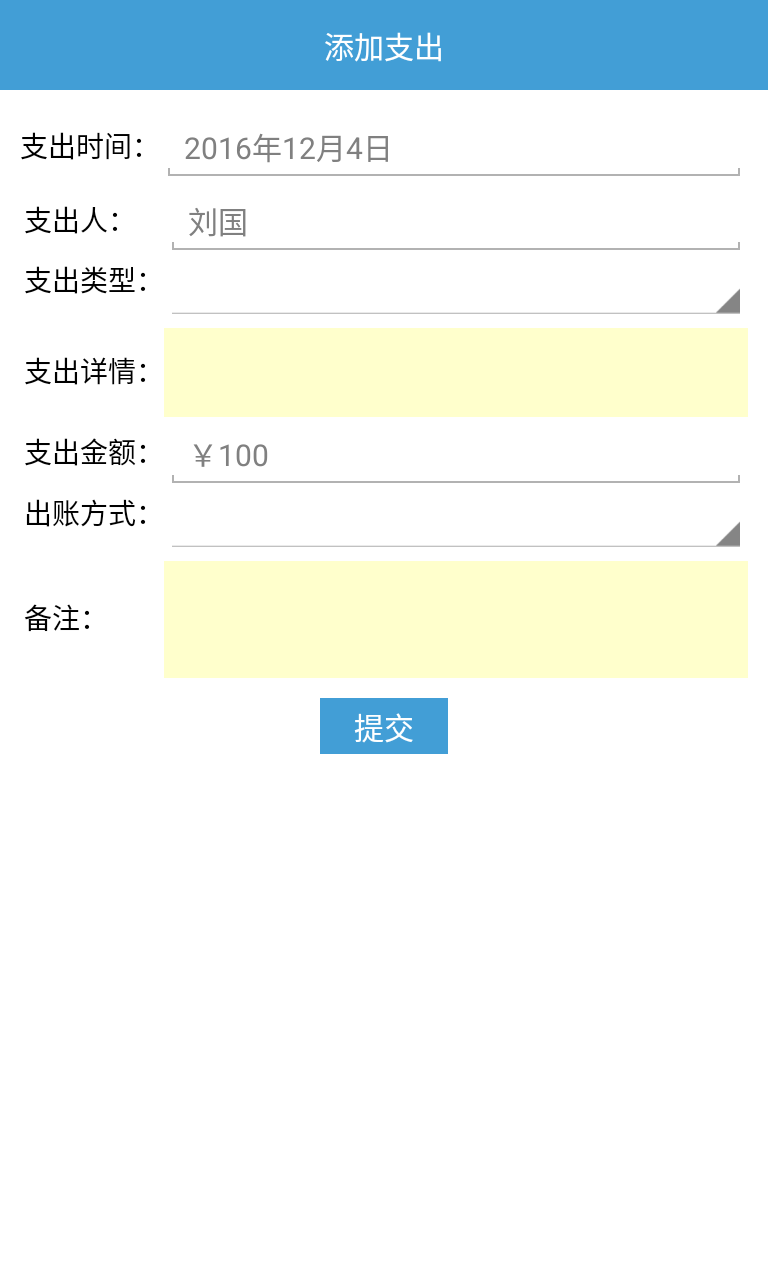
Repository: MySixGad/MyBill
Layout: Bill/Bill/res/layout/activity_inset_out_rmb.xml
The author's editor kept a copy of each file at every save. The layout is drawn from the files as they stood at one save, then again after the next save.
It is drawn on a 768 x 1280 px phone screen (xhdpi) without system bars, with theme AppTheme; the app's code is not run.

Above is the layout before, as saved 2016-12-09 16:50:42.

### Bill/Bill/res/layout/activity_inset_out_rmb.xml
<LinearLayout xmlns:android="http://schemas.android.com/apk/res/android"
    xmlns:tools="http://schemas.android.com/tools"
    android:layout_width="match_parent"
    android:layout_height="match_parent"
    android:orientation="vertical"
    tools:context=".Inset_inRMBActivity" >

    <TextView
        android:id="@+id/textView1"
        style="@style/Title_1"
        android:text="添加支出" />

    <LinearLayout
        android:layout_width="match_parent"
        android:layout_height="wrap_content"
        android:layout_marginLeft="10dp"
        android:layout_marginRight="10dp"
        android:layout_marginTop="10dp"
        android:orientation="vertical" >

        <LinearLayout
            android:layout_width="match_parent"
            android:layout_height="wrap_content"
            android:orientation="horizontal" >

            <TextView
                android:id="@+id/textView2"
                android:layout_width="70dp"
                android:layout_height="wrap_content"
                android:text="支出时间："
                android:textColor="#000" />

            <EditText
                android:id="@+id/textView2"
                android:layout_width="match_parent"
                android:layout_height="wrap_content"
                android:ems="10"
                android:hint="2016年12月4日"
                android:inputType="textMultiLine"
                android:textColor="#000"
                android:textSize="15dp" >
            </EditText>
        </LinearLayout>

        <!-- 第二行 -->

        <LinearLayout
            android:layout_width="match_parent"
            android:layout_height="wrap_content"
            android:layout_marginLeft="2dp"
            android:orientation="horizontal" >

            <TextView
                android:id="@+id/textView2"
                android:layout_width="70dp"
                android:layout_height="wrap_content"
                android:text="支出人："
                android:textColor="#000" />

            <EditText
                android:id="@+id/textView2"
                android:layout_width="match_parent"
                android:layout_height="wrap_content"
                android:ems="10"
                android:hint="刘国"
                android:inputType="textMultiLine"
                android:textColor="#000"
                android:textSize="15dp" >
            </EditText>
        </LinearLayout>

        <LinearLayout
            android:layout_width="match_parent"
            android:layout_height="wrap_content"
            android:layout_marginLeft="2dp"
            android:orientation="horizontal" >

            <TextView
                android:id="@+id/textView2"
                android:layout_width="wrap_content"
                android:layout_height="wrap_content"
                android:gravity="center"
                android:text="支出类型："
                android:textColor="#000" />

            <Spinner
                android:id="@+id/in_sos"
                android:layout_width="match_parent"
                android:layout_height="wrap_content"
                android:gravity="center" />
        </LinearLayout>

        <LinearLayout
            android:layout_width="match_parent"
            android:layout_height="wrap_content"
            android:layout_marginLeft="2dp"
                        android:layout_marginTop="3dp"
            android:orientation="horizontal" >

            <TextView
                android:id="@+id/textView2"
                android:layout_width="70dp"
                android:layout_height="wrap_content"
                android:text="支出详情："
                android:textColor="#000" />

            <EditText
                android:id="@+id/textView2"
                android:layout_width="match_parent"
                android:layout_height="wrap_content"
                android:background="#ffffcc"
                android:inputType="textMultiLine"
                android:maxLines="10"
                android:minLines="3"
                android:scrollbars="vertical"
                android:textColor="#000"
                android:textSize="12dp" />
        </LinearLayout>

        <LinearLayout
            android:layout_width="match_parent"
            android:layout_height="wrap_content"
            android:layout_marginLeft="2dp"
            android:orientation="horizontal" >

            <TextView
                android:id="@+id/textView2"
                android:layout_width="70dp"
                android:layout_height="wrap_content"
                android:text="支出金额："
                android:textColor="#000" />

            <EditText
                android:id="@+id/textView2"
                android:layout_width="match_parent"
                android:layout_height="wrap_content"
                android:gravity="left"
                android:hint="￥100"
                android:inputType="textMultiLine"
                android:textColor="#000"
                android:textSize="15dp" />
        </LinearLayout>

        <LinearLayout
            android:layout_width="match_parent"
            android:layout_height="wrap_content"
            android:layout_marginLeft="2dp"
            android:orientation="horizontal" >

            <TextView
                android:id="@+id/textView2"
                android:layout_width="wrap_content"
                android:layout_height="wrap_content"
                android:gravity="center"
                android:text="出账方式："
                android:textColor="#000" />

            <Spinner
                android:id="@+id/in_way"
                android:layout_width="match_parent"
                android:layout_height="wrap_content"
                android:gravity="center" />
        </LinearLayout>

        <LinearLayout
            android:layout_width="match_parent"
            android:layout_height="wrap_content"
            android:layout_marginLeft="2dp"
                        android:layout_marginTop="3dp"
            android:orientation="horizontal" >

            <TextView
                android:id="@+id/textView2"
                android:layout_width="70dp"
                android:layout_height="wrap_content"
                android:text="备注："
                android:textColor="#000" />

            <EditText
                android:id="@+id/textView2"
                android:layout_width="match_parent"
                android:layout_height="wrap_content"
                android:background="#ffffcc"
                android:inputType="textMultiLine"
                android:maxLines="10"
                android:minLines="4"
                android:scrollbars="vertical"
                android:textColor="#000"
                android:textSize="12dp" />
        </LinearLayout>
    </LinearLayout>

    <Button
        android:id="@+id/button1"
        style="@style/Title_1"
        android:layout_width="wrap_content"
        android:layout_height="28dp"
        android:layout_gravity="center"
        android:layout_marginTop="10dp"
        android:text="提交" />

</LinearLayout>

### Bill/Bill/res/values/styles.xml
<resources>

    <style name="AppBaseTheme" parent="android:Theme.Light"></style>

    <style name="AppTheme" parent="AppBaseTheme"></style>

    <style name="Title_1">
        <item name="android:gravity">center</item>
        <item name="android:textColor">#fff</item>
        <item name="android:textSize">15sp</item>
        <item name="android:layout_width">match_parent</item>
        <item name="android:layout_height">45dp</item>
        <item name="android:background">#429ED6</item>
    </style>

     <style name="Button_1">
        <item name="android:textColor">#fff</item>
        <item name="android:textSize">12sp</item>
        <item name="android:background">#429ED6</item>
    </style>


       <!-- 覆盖系统的 -->
    <!-- 归属地风格dialog的样式 -->
    <style name="addrdialog" parent="@android:style/Theme.Dialog">
        <item name="android:windowNoTitle">true</item>
        <!-- 去标题栏 -->
        <item name="android:windowBackground">@android:color/white</item>
    </style>




</resources>

Loaded but not shown: Bill/Bill/res/values-v11/styles.xml (common file); Bill/Bill/res/values-v14/styles.xml (common file)

After the next save:
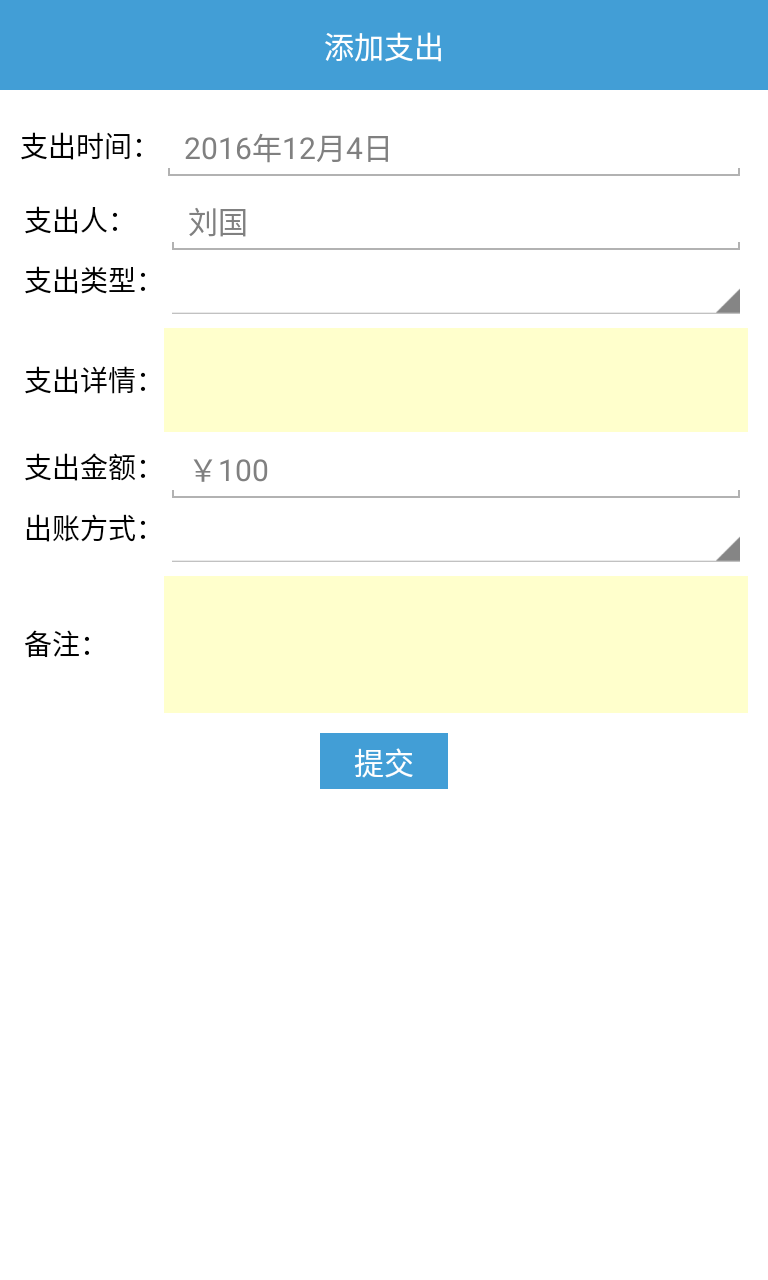
Saved 95 s later.
--- a/Bill/Bill/res/layout/activity_inset_out_rmb.xml
+++ b/Bill/Bill/res/layout/activity_inset_out_rmb.xml
@@ -114,7 +114,7 @@
                 android:minLines="3"
                 android:scrollbars="vertical"
                 android:textColor="#000"
-                android:textSize="12dp" />
+                android:textSize="14dp" />
         </LinearLayout>
 
         <LinearLayout
@@ -186,7 +186,7 @@
                 android:minLines="4"
                 android:scrollbars="vertical"
                 android:textColor="#000"
-                android:textSize="12dp" />
+                android:textSize="14dp" />
         </LinearLayout>
     </LinearLayout>
 
